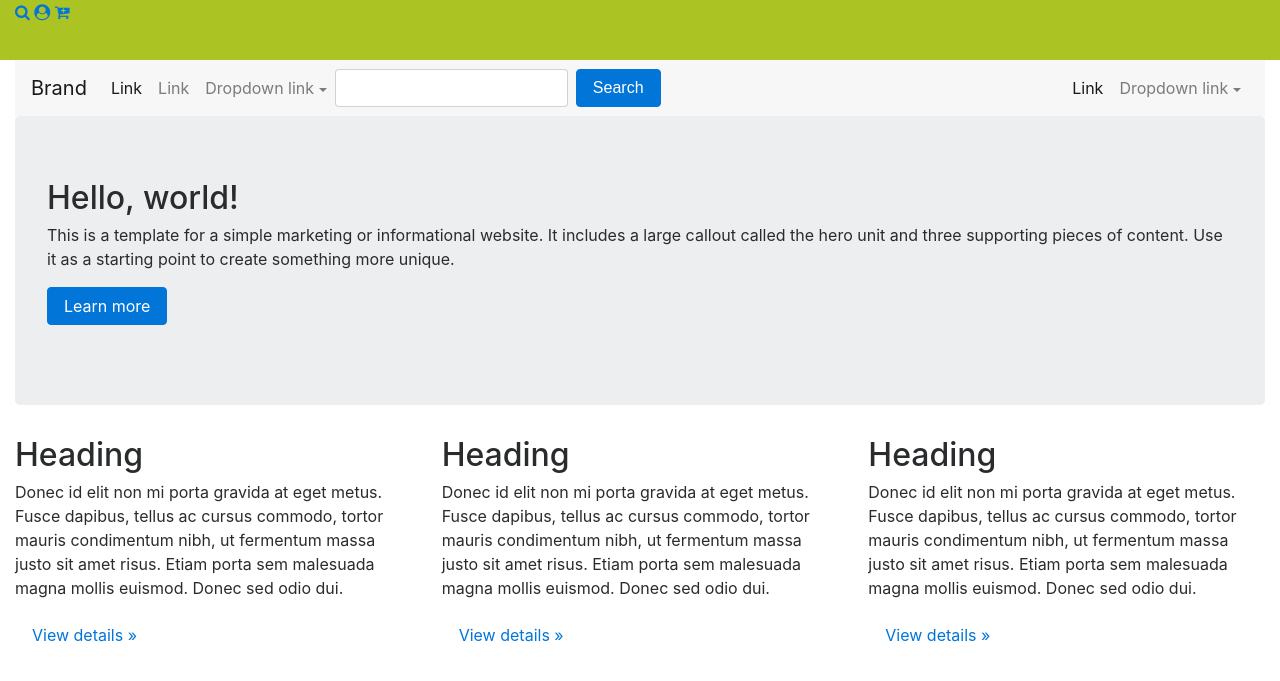
Repository: rajmohanr/mobile
Page: index.html
These files come from the project's save history. The page is drawn as it stood at one moment and after the next save; the edit follows.
The browser window is 1280 px wide. The pictures show the whole page.

Above is the page before, as saved 2018-03-31 11:14:47.
Console error (its wording comes from the project's code and is left out).

After the next save:
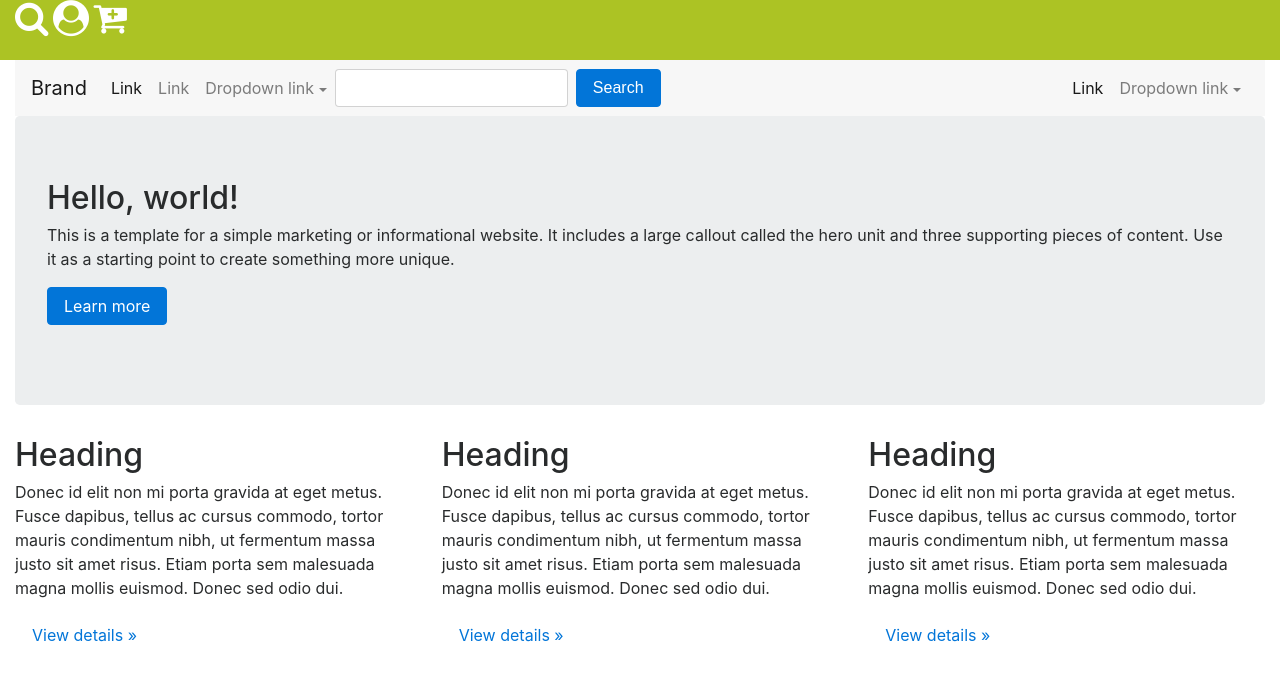
Saved 31 s later.
--- a/index.html
+++ b/index.html
@@ -22,9 +22,9 @@
 		<div class="col-md-12">
 			<div class="row">
 				<div class="col-md-12 top-bar">
-					<a href="#"><i class="fa fa-search top-icons"></i></a>
-					<a href="#"><i class="fa fa-user-circle top-icons"></i></a>
-					<a href="#"><i class="fa fa-cart-plus top-icons"></i></a>
+					<a href="#"><i class="fa fa-search"  style="font-size:36px;color:white;"></i></a>
+					<a href="#"><i class="fa fa-user-circle"  style="font-size:36px;color:white;"></i></a>
+					<a href="#"><i class="fa fa-cart-plus"  style="font-size:36px;color:white;"></i></a>
 				</div>
 			</div>
 			<nav class="navbar navbar-toggleable-md navbar-light bg-faded">
